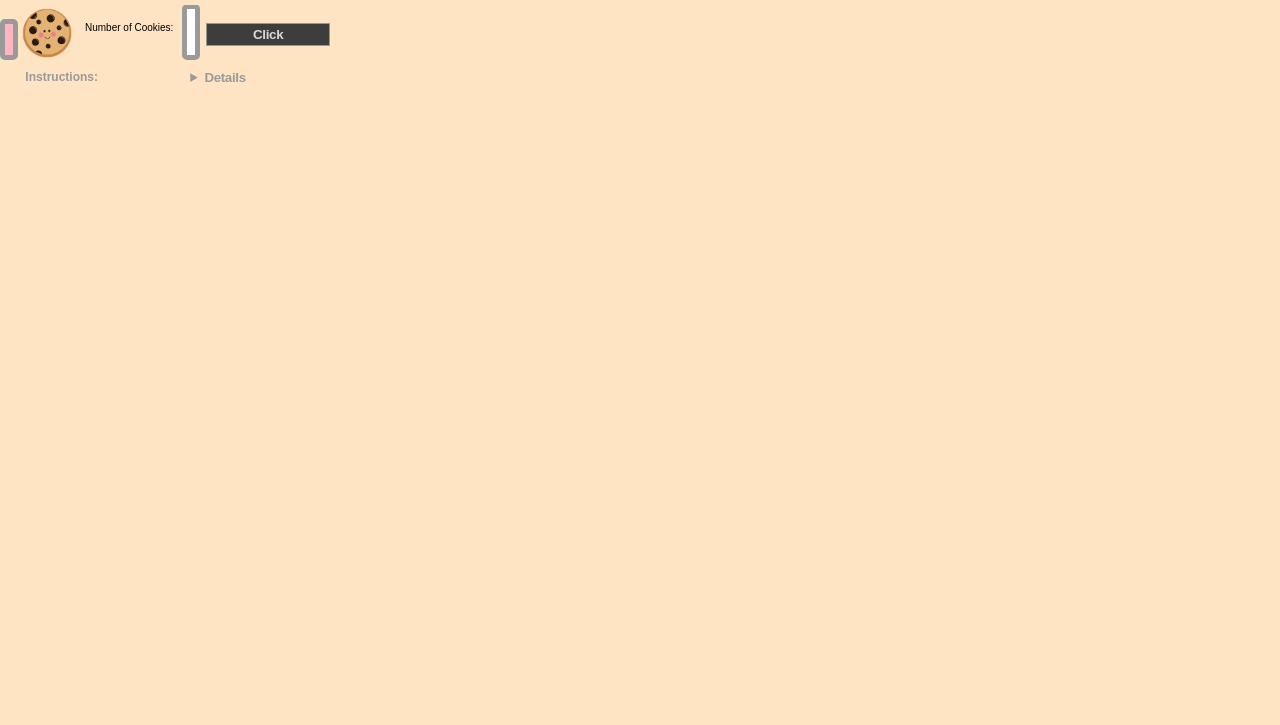
Repository: f00d4tehg0dz/elgato-streamdeck-cookie-clicker
Page: com.f00d4tehg0dz.cookieclicker.sdPlugin/cookieclicker.html
An editor plug-in stored every save of this project. The page is shown before and after the next save, followed by the edit.
The browser window is 1280 px wide. The pictures show the whole page.

Above is the page before, as saved 2022-01-28 12:02:32.

### com.f00d4tehg0dz.cookieclicker.sdPlugin/cookieclicker.html
<!DOCTYPE html>
<html>

<head>
    <meta charset="utf-8"/>
    <title>com.f00d4tehg0dz.cookieclicker</title>
    <link rel="stylesheet" href="css/sdpi.css">
    <link rel="stylesheet" href="css/styles.css">
    <script src="js/jquery-3.3.1.js"></script>
    <script src="js/common.js"></script>

</head>

<body>
<div class="sdpi-wrapper">
    <div class="sdpi-item">
        <div id="cookieTitle"></div>
        <div id="cookie" onclick="cookieClick()">
            <img src="icon-animate.gif" width="50px"/>
        </div>
        <br>
        <p>Number of Cookies:</p>
        <div id="cookieNumbers"></div>
        <button class="sdpi-item-value" id="updateButton">Click</button>
    </div>
    <div class="sdpi-item">
        <div class="sdpi-item-label">Instructions</div>
        <details class="sdpi-item-value">
            <p>Click the cookie to make more cookies<br>
            Cookie Title upgrades as you reach cookie clicker milestones <br></p>
            <p>You can learn more about this plugin by visiting its Github
                page by <a
                        href="#"
                        onclick="openGithub()">clicking here.</a>
        </details>
    </div>
</div>

<script>
    let uuid = "",
        actionName = "";

    if ($SD) {
        $SD.on('connected', function (jsonObj) {
            uuid = jsonObj['uuid'];
            if (jsonObj.hasOwnProperty('actionInfo')) {
                actionName = jsonObj.actionInfo.action;
            }
            let settings = $SD.actionInfo.payload.settings;
        });
    }

    $(document).ready(function () {

        $("#updateButton").click(function () {
            // Sending the saved settings to the plugin from property inspector.

            if ($SD && $SD.connection) {
                let payload = {};
                payload.updateClick = updateClick;

                $SD.api.sendToPlugin(uuid, actionName, payload);
            }
        });
        function openGithub() {
            $SD.api.openUrl($SD.actionInfo.context, "https://github.com/f00d4tehg0dz/Doge-Coin-Plugin-for-Eglato-Streamdeck")
    }
    });

</script>

</body>

</html>

### com.f00d4tehg0dz.cookieclicker.sdPlugin/css/styles.css
body {
  padding-top: 5px;
  font-family: Arial;
  background-color: bisque;
  margin: auto;
  text-align: center;
}

p {
  font-size: 10px;
  color: black;
  display: block;
  margin: 5px;
}

#cookieNumbers {
  margin: auto;
  text-align:center;
  padding-top: 20px;
  margin-bottom: 5px;
  font-size: 10px;
  border:5px solid;
  border-radius:5px;
  background-color:white;
  height:25px;
}

#cookieTitle {
  margin: auto;
  text-align:center;
  padding-top: 5px;
  margin-bottom: 5px;
  font-size: 10px;
  border:5px solid;
  border-radius:5px;
  background-color:lightpink;
  height:25px;
}

Loaded but not shown: com.f00d4tehg0dz.cookieclicker.sdPlugin/js/jquery-3.3.1.js (library); com.f00d4tehg0dz.cookieclicker.sdPlugin/js/common.js (1200 lines, source omitted); com.f00d4tehg0dz.cookieclicker.sdPlugin/css/sdpi.css (1482 lines, source omitted)

After the next save:
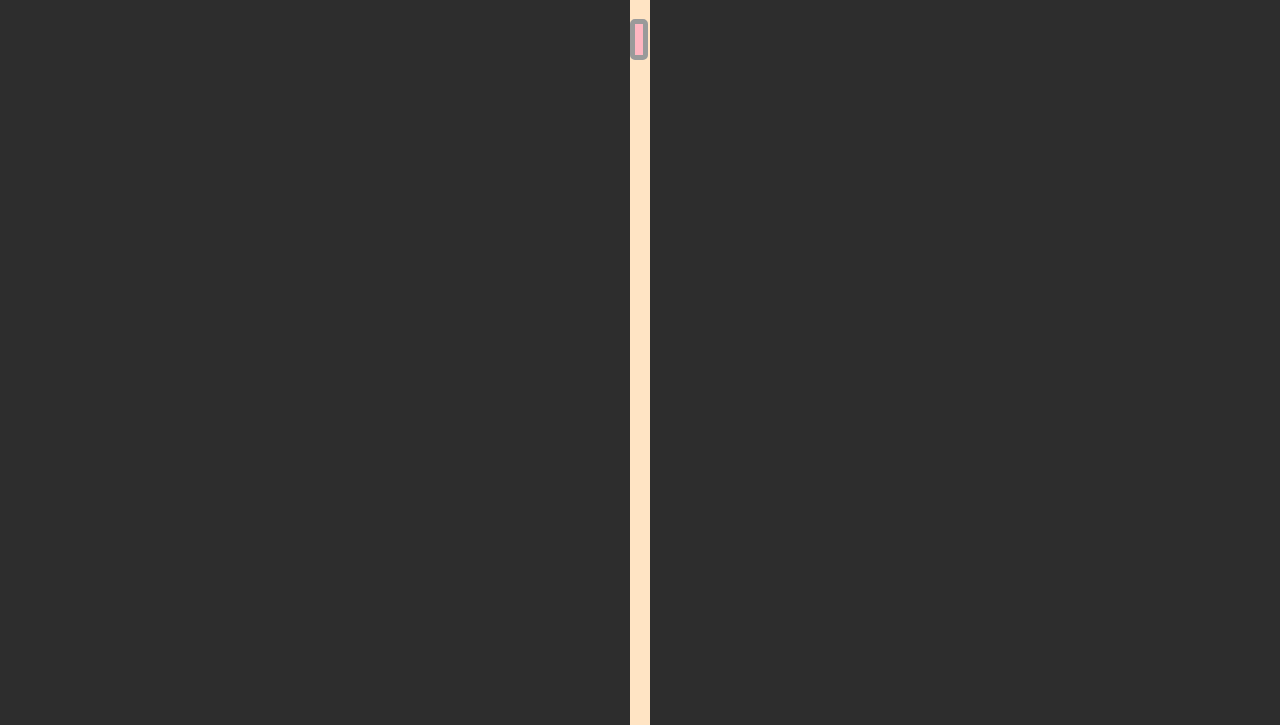
Saved 18 s later.
--- a/com.f00d4tehg0dz.cookieclicker.sdPlugin/css/styles.css
+++ b/com.f00d4tehg0dz.cookieclicker.sdPlugin/css/styles.css
@@ -4,6 +4,7 @@ body {
   background-color: bisque;
   margin: auto;
   text-align: center;
+  width:20px;
 }
 
 p {
